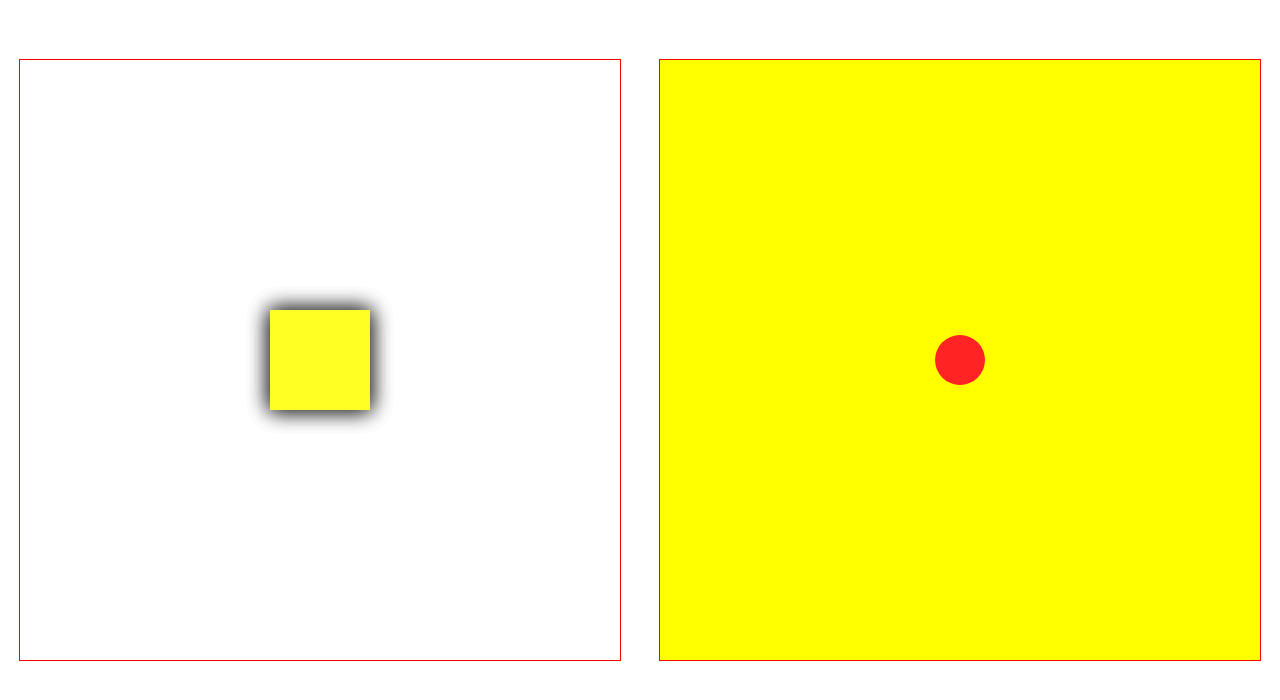
Repository: randgars/game
Page: index.html
The author's editor kept a copy of each file at every save. The page is drawn from the files as they stood at one save, then again after the next save.
The browser window is 1280 px wide. The pictures show the whole page.

Above is the page before, as saved 2017-09-29 12:13:03.

After the next save:
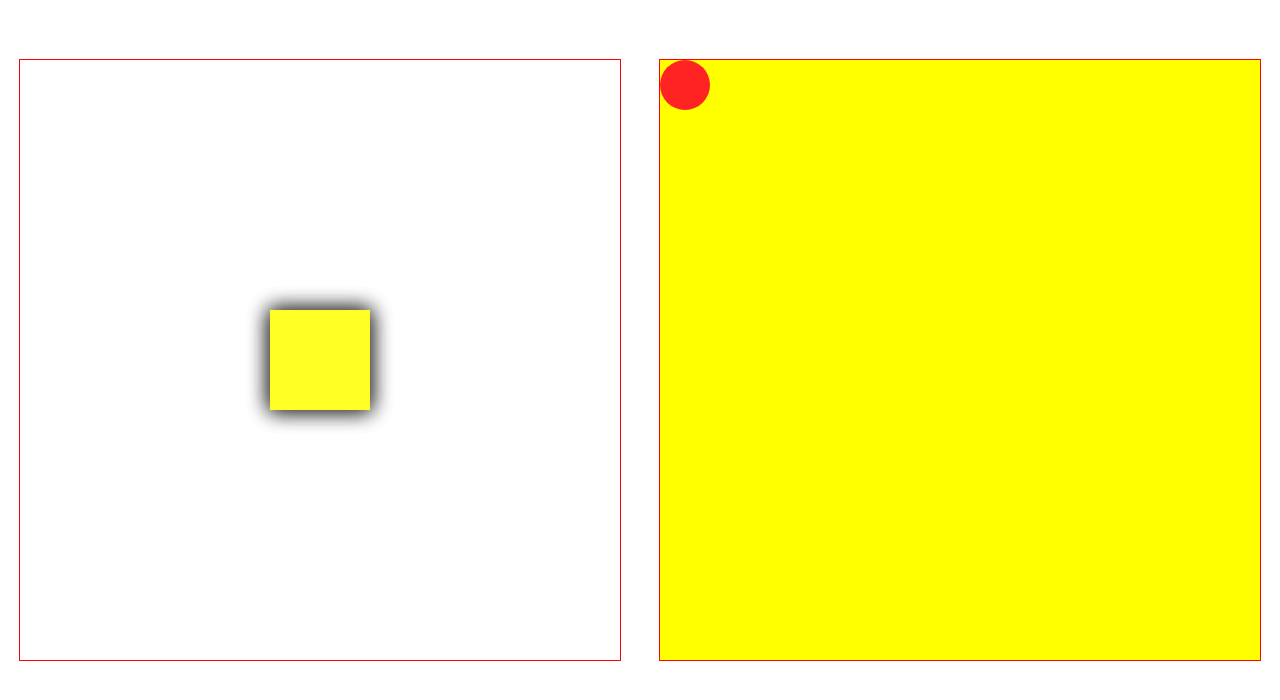
Saved 11 s later.
--- a/style.css
+++ b/style.css
@@ -136,9 +136,6 @@ body {
 #circle {
     border-radius: 100%;
     background-color: rgb(255, 35, 35);
-    position: absolute;
-    top: calc(50% - 25px);
-    left: calc(50% - 25px);
     width: 50px;
     height: 50px;
 }
